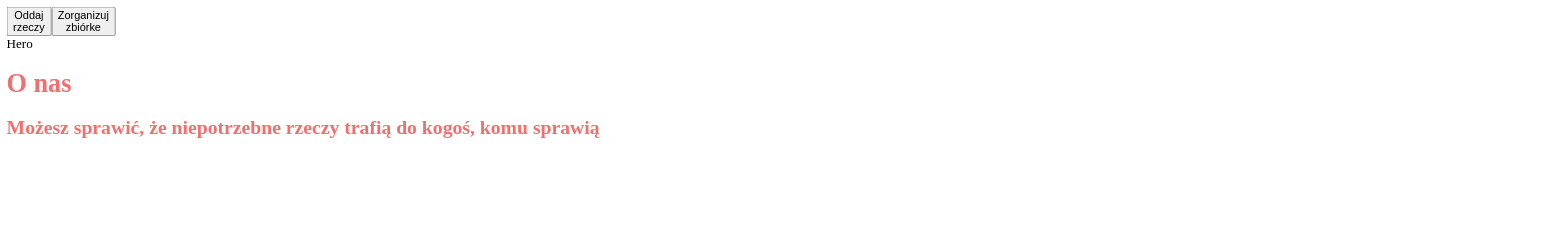
Repository: czaczula/projektstart
Page: /
An editor plug-in stored every save of this project. The page is shown before and after the next save, followed by the edit.
The browser window is 1280 px wide. The page is 1908 px wide, so the pictures cover 1908 px, including what lies to the right of the window. The pictures show the whole page, at 82% of full size.
The project was rebuilt for these pictures with package versions that can differ from the ones it lists, and the page was loaded fresh each time. Also part of the build but not shown: src/components/ThreeColumns/_ThreeColumns.scss, src/components/Nav/_Nav.scss, src/components/Register/Register.js, src/components/LogIn/LogIn.js, src/components/Register/LogOut.js.

Above is the page before, as saved 2021-03-22 18:29:19.

### src/components/Home/Home.js
import React from 'react';
import ThreeColumns from "../ThreeColumns/ThreeColumns";
import LittleDo from "../LittleDo/LittleDo";
import WhoWeHelp from '../WhoWeHelp/WhoWeHelp';
import ContactUs from '../ContactUS/ContactUs.js';
import AboutUs from '../AboutUs/AboutUs.js';
import Footer from '../Footer/Footer.js';
import Nav from '../Nav/Nav.js';


// function App() {
//   return (
//     <div style={{ backgroundImage: `url(${background})` }}>
//       Hello World
//     </div>
//   );
// }

// export default App;
export default function Home() {
    return (
        <>

        <div>

</div>
            <Nav/>
            <ThreeColumns/>
            <LittleDo/>
            <WhoWeHelp/>
            <AboutUs/>
            <ContactUs/>
            <Footer/>
        </>
    );
}

### src/components/ThreeColumns/ThreeColumns.js
import React from 'react'
import '../ThreeColumns/_ThreeColumns.scss';

export default function ThreeColumns() {
    return (
        <div>
            Hero

        </div>
    )
}

### src/components/LittleDo/LittleDo.js
import React from 'react'

export default function LittleDo() {
    return (
        <div>

        </div>
    )
}

### src/components/WhoWeHelp/WhoWeHelp.js
import React from 'react'

export default function WhoWeHelp() {
    return (
        <div>

        </div>
    )
}

### src/components/ContactUS/ContactUs.js
import React from 'react'

export default function ContactUs() {
    return (
        <div>

        </div>
    )
}

### src/components/AboutUs/AboutUs.js
import React from 'react';
import './_AboutUs.scss';

const AboutUs = () => {
    return (
        <div className='AboutUsContainer' id='AboutUs'>
            <div className='AboutUsScr'>
            <h1>O nas</h1>
            <div className='AboutUsDec'/>
            <h2>Możesz sprawić, że niepotrzebne rzeczy trafią do kogoś, komu sprawią</h2>
            <div className='AboutUsSig'/>
            </div>
            <div className='AboutUsImg'/>
        </div>
    )
}

export default AboutUs;

### src/components/Nav/Nav.js
import React from 'react';
import HeaderButtons from '../Nav/HeaderButtons';


//import { Link } from 'react-scroll';
//import { NavLink } from 'react-router-dom';
// import * as ROUTES from '../Mapofproject/Map.js';
//import Buttons from '../Nav/HeaderButtons';
import './_Nav.scss';


// export default function Nav() {
//     return (
//         <div>
const Layout =({children}) =>{
    return(
        <>
        <container>
        <div>
        <nav></nav>
        <div></div>
        <div><HeaderButtons/></div>



        </div>
        <main>{children}</main>
        </container>
        </>
    )
}

export default Layout;
//         </div>
//     )
// }

### src/components/AboutUs/_AboutUs.scss
// import '../scss/settings/_colors.scss';

.AboutUsContainer {
    width: 1900px;
    color: #F07070;

}

.AboutUs
            .AboutUsScr
            .AboutUsDec
            .AboutUsSig
            .AboutUsImg {
            background-image: '../../a';
        }

### src/components/Nav/HeaderButtons.js
import React from 'react';
//import ReactDOM from 'react-dom';

const Buttons = () => (
    <>
    <button className='HeaderButton1'>Oddaj<br/>rzeczy</button>
    <button className='HeaderButton2'>Zorganizuj <br/>zbiórke</button>
    </>
)

export default Buttons;

Loaded but not shown: public/index.html (common file); src/index.js (common file); src/App.js (common file); src/components/Footer/Footer.js (common file); src/components/LogIn/_LogIn.scss (no stored copy; drawn as an empty file); src/components/Register/_LogOut.scss (no stored copy; drawn as an empty file)

After the next save:
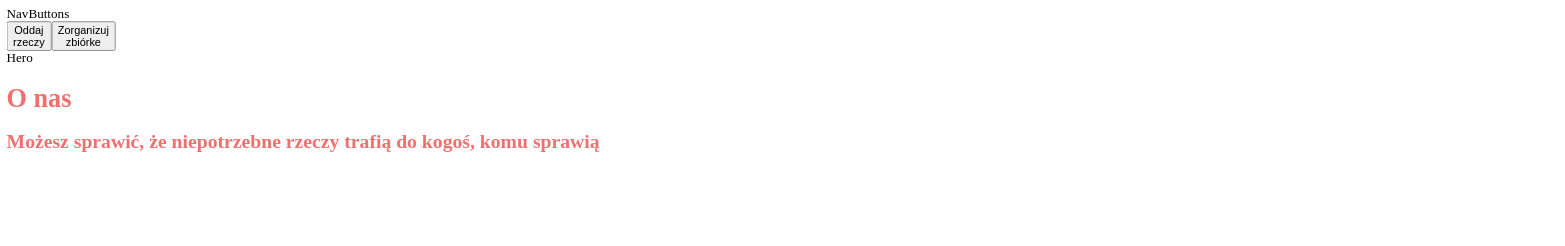
Saved 15 s later.
--- a/src/components/Nav/Nav.js
+++ b/src/components/Nav/Nav.js
@@ -17,7 +17,7 @@ const Layout =({children}) =>{
         <>
         <container>
         <div>
-        <nav></nav>
+        <nav>NavButtons</nav>
         <div></div>
         <div><HeaderButtons/></div>
 
